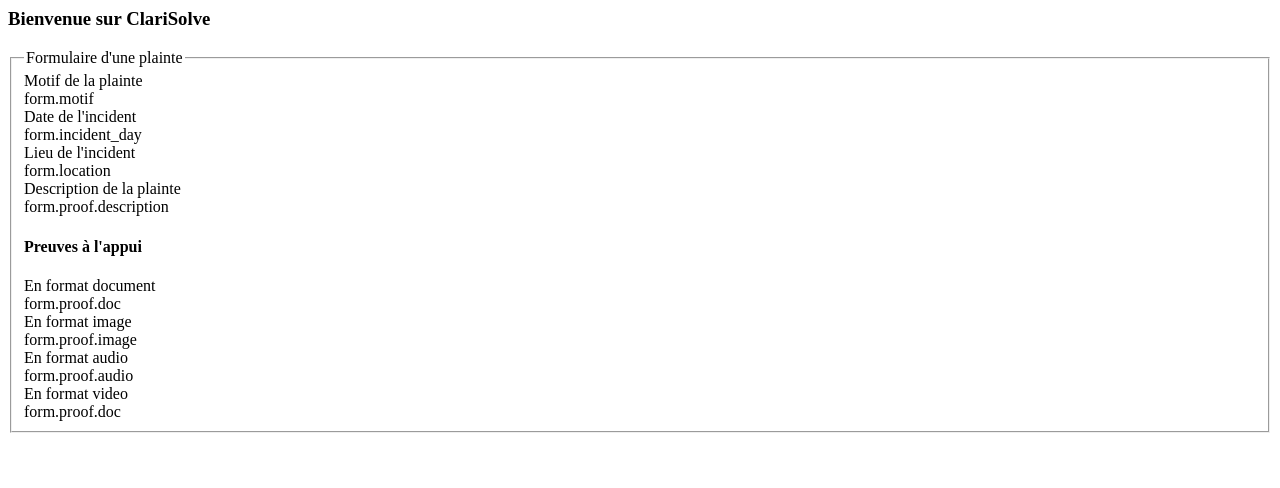
Repository: Senare1/PlaintEasy
Page: complaints/templates/complaints/register.html
The author's editor kept a copy of each file at every save. The page is drawn from the files as they stood at one save, then again after the next save.
The browser window is 1280 px wide. The pictures show the whole page.
The template is drawn by Django 4.2. The application's start-up code is not run. Other server files are loaded and not shown. The template is opened directly, without the code that normally fills it, so the values that code supplies are empty.

Above is the page before, as saved 2024-08-01 14:15:37.

### complaints/templates/complaints/register.html
<div class="container-fluid py-4">
    <div class="row text-center">
        <h3 class="text-center py-3">Bienvenue sur ClariSolve</h3>
    </div>
    <fieldset class="mx-auto">
        <legend class="text-center">Formulaire d'une plainte</legend>
        <div class="row py-2">
            <div class="col">
                <label for="id_motif">Motif de la plainte</label>
            </div>
            <div class="col">
                form.motif
            </div>
        </div>

        <div class="row py-2">
            <div class="col">
                <label for="id_motif">Date de l'incident</label>
            </div>
            <div class="col">
                form.incident_day
            </div>
        </div>

        <div class="row py-2">
            <div class="col">
                <label for="id_motif">Lieu de l'incident</label>
            </div>
            <div class="col">
                form.location
            </div>
        </div>

        <div class="col">
            <label for="id_motif">Description de la plainte</label>
        </div>
        <div class="col">
            form.proof.description
        </div>

        <div class="row py-2">
            <h4 class="text-center">Preuves à l'appui</h4>
            <div class="row py-2">
                <div class="col">
                    <label for="id_motif">En format document</label>
                </div>
                <div class="col">
                    form.proof.doc
                </div>
                <div class="col">
                    <label for="id_motif">En format image</label>
                </div>
                <div class="col">
                    form.proof.image
                </div>

                <div class="col">
                    <label for="id_motif">En format audio</label>
                </div>
                <div class="col">
                    form.proof.audio
                </div>

                <div class="col">
                    <label for="id_motif">En format video</label>
                </div>
                <div class="col">
                    form.proof.doc
                </div>

            </div>
        </div>
    </fieldset>
</div>

After the next save:
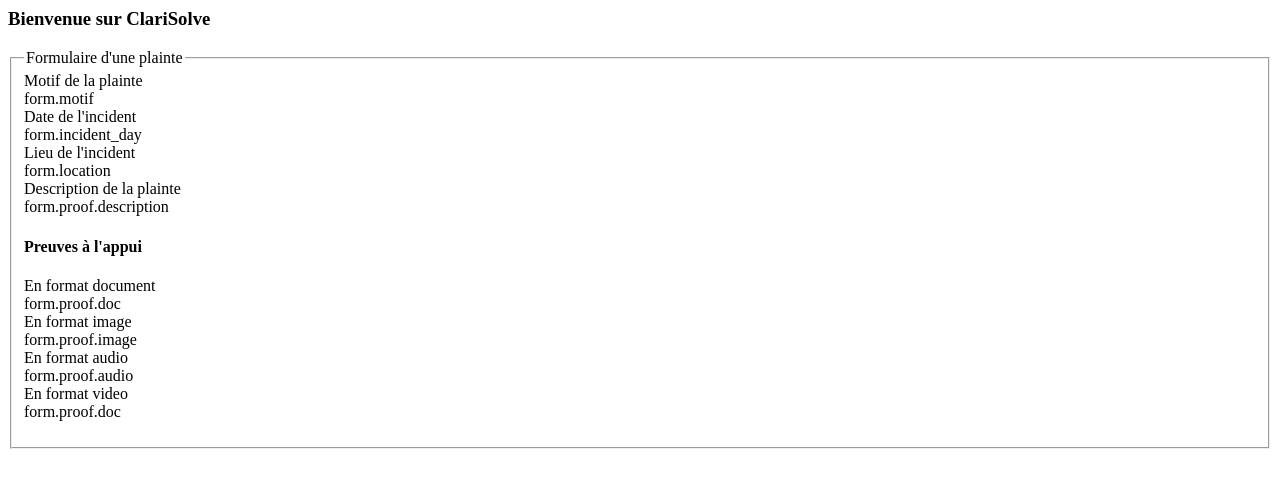
Saved 3 min 42 s later.
--- a/complaints/templates/complaints/register.html
+++ b/complaints/templates/complaints/register.html
@@ -4,71 +4,72 @@
     </div>
     <fieldset class="mx-auto">
         <legend class="text-center">Formulaire d'une plainte</legend>
-        <div class="row py-2">
+        <form action="" method="POST">
+            <div class="row py-2">
+                <div class="col">
+                    <label for="id_motif">Motif de la plainte</label>
+                </div>
+                <div class="col">
+                    form.motif
+                </div>
+            </div>
+
+            <div class="row py-2">
+                <div class="col">
+                    <label for="id_motif">Date de l'incident</label>
+                </div>
+                <div class="col">
+                    form.incident_day
+                </div>
+            </div>
+
+            <div class="row py-2">
+                <div class="col">
+                    <label for="id_motif">Lieu de l'incident</label>
+                </div>
+                <div class="col">
+                    form.location
+                </div>
+            </div>
+
             <div class="col">
-                <label for="id_motif">Motif de la plainte</label>
+                <label for="id_motif">Description de la plainte</label>
             </div>
             <div class="col">
-                form.motif
+                form.proof.description
             </div>
-        </div>
 
-        <div class="row py-2">
-            <div class="col">
-                <label for="id_motif">Date de l'incident</label>
-            </div>
-            <div class="col">
-                form.incident_day
-            </div>
-        </div>
+            <div class="row py-2">
+                <h4 class="text-center">Preuves à l'appui</h4>
+                <div class="row py-2">
+                    <div class="col">
+                        <label for="id_motif">En format document</label>
+                    </div>
+                    <div class="col">
+                        form.proof.doc
+                    </div>
+                    <div class="col">
+                        <label for="id_motif">En format image</label>
+                    </div>
+                    <div class="col">
+                        form.proof.image
+                    </div>
 
-        <div class="row py-2">
-            <div class="col">
-                <label for="id_motif">Lieu de l'incident</label>
-            </div>
-            <div class="col">
-                form.location
-            </div>
-        </div>
+                    <div class="col">
+                        <label for="id_motif">En format audio</label>
+                    </div>
+                    <div class="col">
+                        form.proof.audio
+                    </div>
 
-        <div class="col">
-            <label for="id_motif">Description de la plainte</label>
-        </div>
-        <div class="col">
-            form.proof.description
-        </div>
-
-        <div class="row py-2">
-            <h4 class="text-center">Preuves à l'appui</h4>
-            <div class="row py-2">
-                <div class="col">
-                    <label for="id_motif">En format document</label>
+                    <div class="col">
+                        <label for="id_motif">En format video</label>
+                    </div>
+                    <div class="col">
+                        form.proof.doc
+                    </div>
                 </div>
-                <div class="col">
-                    form.proof.doc
                 </div>
-                <div class="col">
-                    <label for="id_motif">En format image</label>
-                </div>
-                <div class="col">
-                    form.proof.image
-                </div>
-
-                <div class="col">
-                    <label for="id_motif">En format audio</label>
-                </div>
-                <div class="col">
-                    form.proof.audio
-                </div>
-
-                <div class="col">
-                    <label for="id_motif">En format video</label>
-                </div>
-                <div class="col">
-                    form.proof.doc
-                </div>
-
-            </div>
-        </div>
+        </form>
     </fieldset>
 </div>
